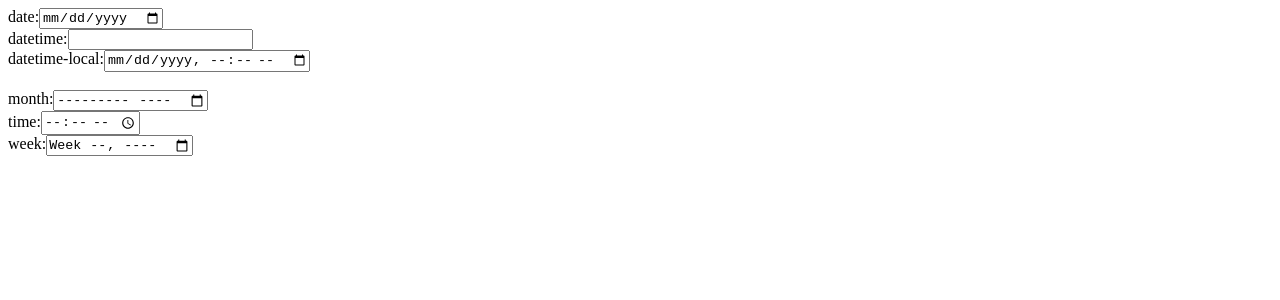
Repository: daehyeonhong/HTML
Page: ch03/WebContent/date관련태그.html
These files come from the project's save history. The page is drawn as it stood at one moment and after the next save; the edit follows.
The browser window is 1280 px wide. The pictures show the whole page.

Above is the page before, as saved 2020-05-18 07:21:39.

After the next save:
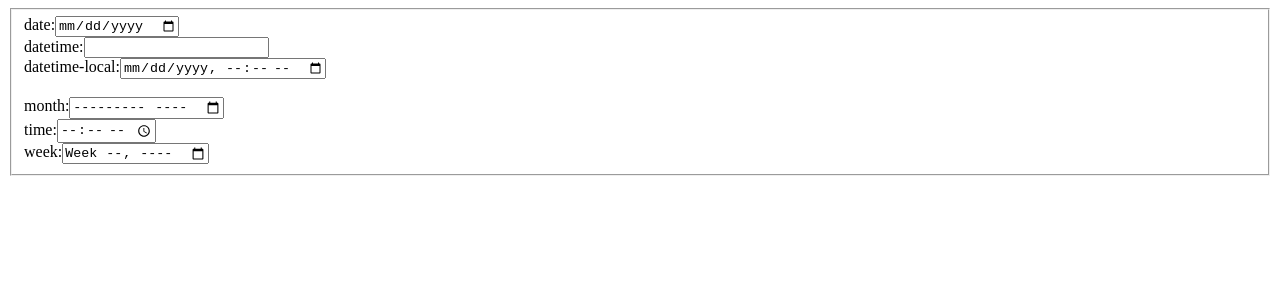
Saved 99 s later.
--- a/ch03/WebContent/date관련태그.html
+++ b/ch03/WebContent/date관련태그.html
@@ -6,15 +6,16 @@
 </head>
 <body>
 	<form>
-		date:<input type="date"><br>
-		<!-- 날짜입력태그 -->
-		datetime:<input type="datetime"><br>
-		<!-- UTC 국제 표준시 형식으로 날짜입력 -->
-		datetime-local:<input type="datetime-local"><br>
-		<!-- time-zone에 따른 날짜 입력 차이 --><br>
-		month:<input type="month"><br>
-		time:<input type="time"><br>
-		week:<input type="week"><br>
+		<fieldset>
+			date:<input type="date"><br>
+			<!-- 날짜입력태그 -->
+			datetime:<input type="datetime"><br>
+			<!-- UTC 국제 표준시 형식으로 날짜입력 -->
+			datetime-local:<input type="datetime-local"><br>
+			<!-- time-zone에 따른 날짜 입력 차이 -->
+			<br> month:<input type="month"><br> time:<input
+				type="time"><br> week:<input type="week"><br>
 	</form>
+	</fieldset>
 </body>
 </html>
